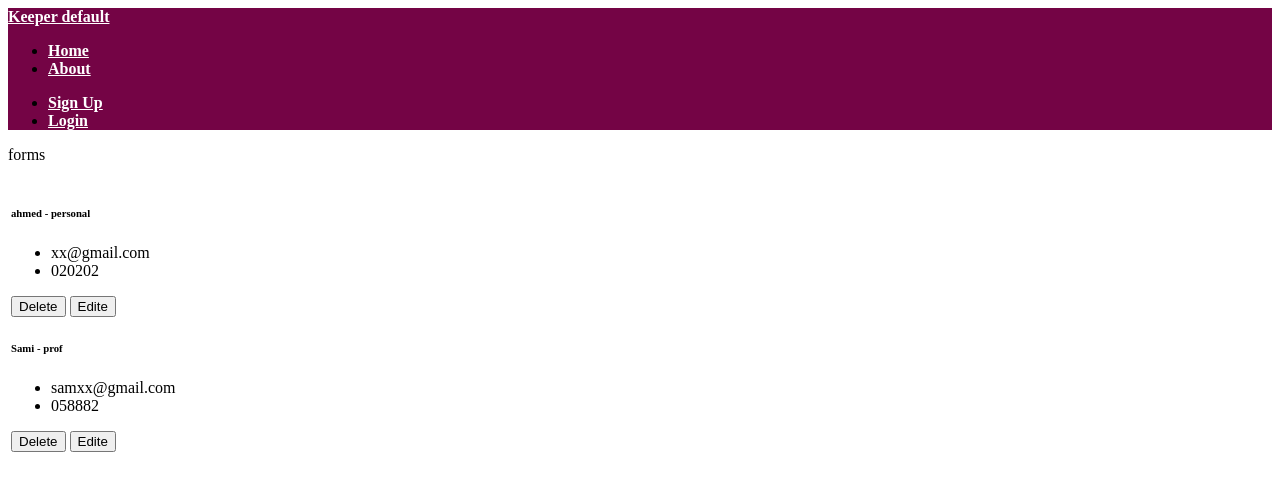
Repository: 3bdulrahman/contact-keeper
Page: / (app in client/)
The author's editor kept a copy of each file at every save. The page is drawn from the files as they stood at one save, then again after the next save.
The browser window is 1280 px wide. The pictures show the whole page.
The project was rebuilt for these pictures with package versions that can differ from the ones it lists, and the page was loaded fresh each time. A package was used in the major version that the imports need, not the one package.json lists. Also part of the build but not shown: client/src/components/pages/About.js.

Above is the page before, as saved 2020-04-04 21:21:30.

After the next save:
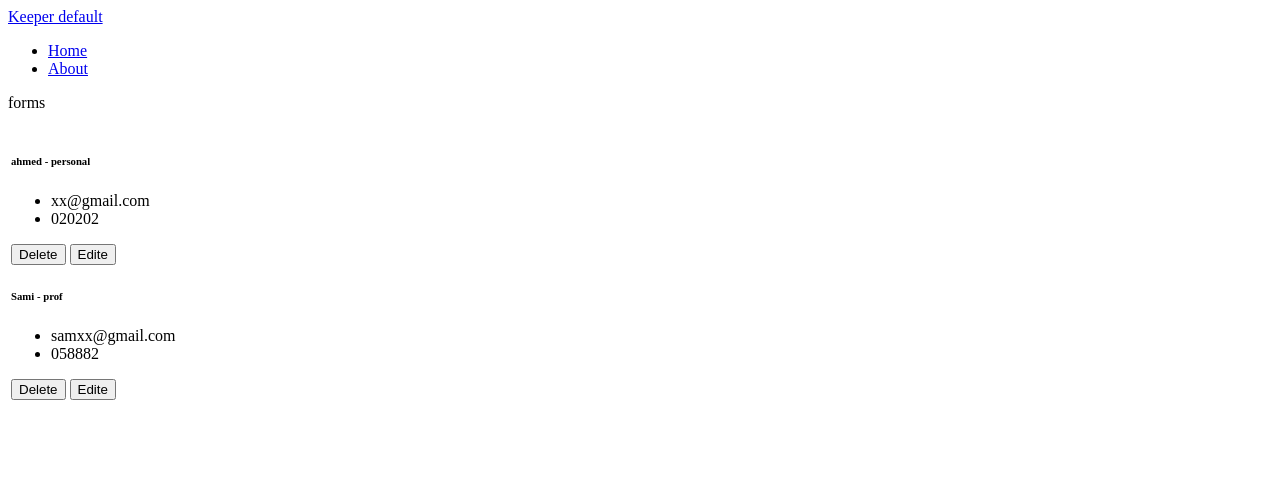
Saved 2 min 47 s later.
--- a/client/src/components/layout/Navbar.js
+++ b/client/src/components/layout/Navbar.js
@@ -4,24 +4,21 @@ import PropTypes from 'prop-types'
 
  const Navbar = ({title}) => {
     return (
-        <nav class="navbar navbar-default">
-        <div class="navbar-header">
+      <nav class="navbar navbar-expand-sm bg-dark navbar-dark">
 
       <a class="navbar-brand" href="#">{title}</a>
-    </div>
-        <div class="container" id="myNavbar">
 
-          <ul class="nav navbar-nav">
-            <li class="active"><Link to="/">Home</Link></li>
-            <li><Link to="/about">About</Link></li>
 
-          </ul>
-          <ul class="nav navbar-nav navbar-right">
-      <li><a href="#"><span class="glyphicon glyphicon-user"></span> Sign Up</a></li>
-      <li><a href="#"><span class="glyphicon glyphicon-log-in"></span> Login</a></li>
-    </ul>
-        </div>
-      </nav>
+      <ul class="navbar-nav">
+        <li class="nav-item">
+        <Link class="nav-link" to="/"><i className='fa fa-home'></i> Home</Link>
+        </li>
+        <li class="nav-item">
+          <Link class="nav-link" to="/about">About</Link>
+        </li>
+
+      </ul>
+    </nav>
     )
 }
 
